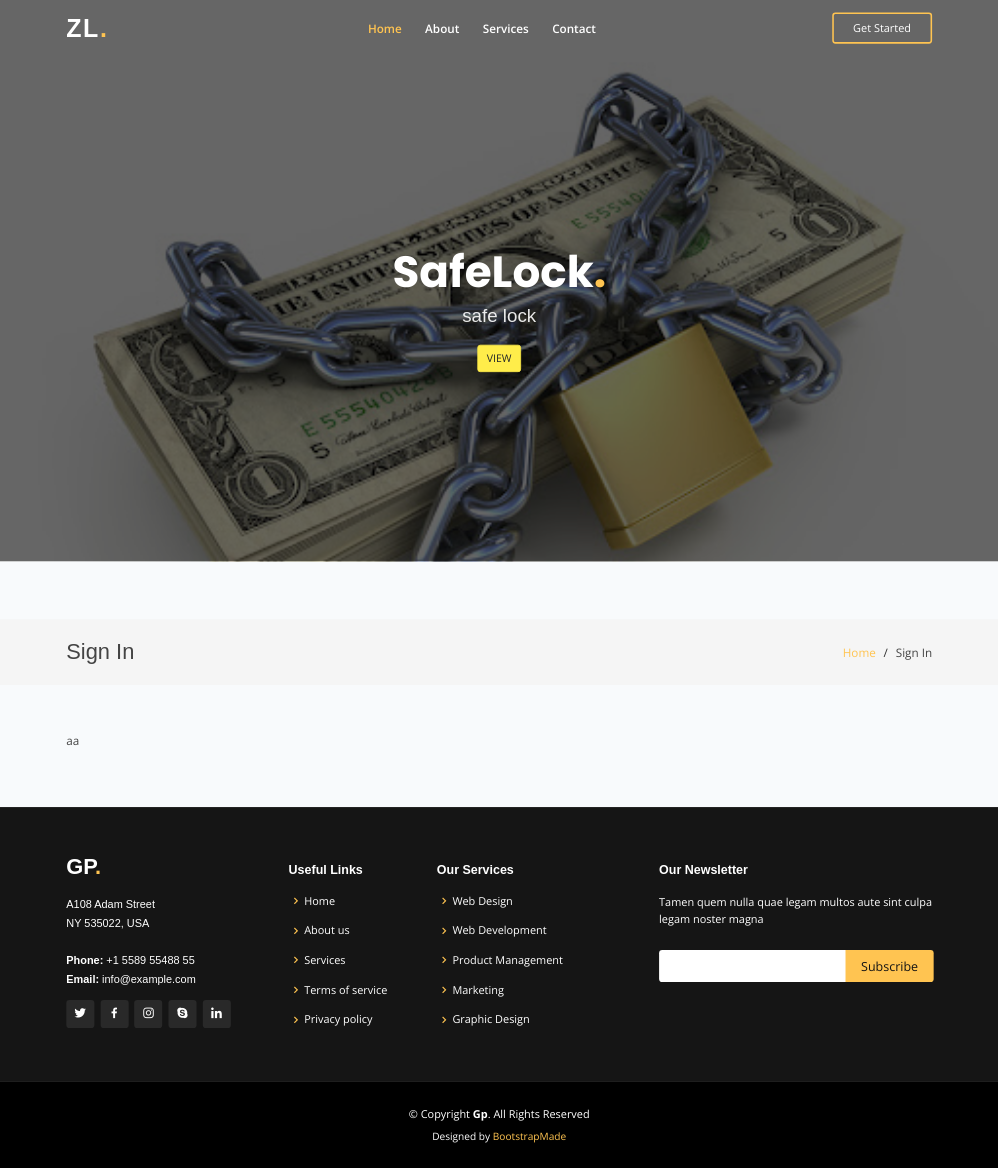
Repository: seyicoded/Zubi-Life-Ventures
Page: http://localhost/safelock
The author's editor kept a copy of each file at every save. The page is drawn from the files as they stood at one save, then again after the next save.
The browser window is 1280 px wide. The pictures show the whole page, at 78% of full size.
Backgrounds fixed to the window are drawn as part of the page. Some web fonts or font styles are not loaded; a fallback is used. The page is served by the project's Laravel application, run on PHP 8.4 with Laravel 8. Other server files are loaded and not shown. The database holds what the project's SQL file puts in it.

Above is the page before, as saved 2021-11-12 23:01:40.

### routes/web.php
<?php

/*
|--------------------------------------------------------------------------
| Web Routes
|--------------------------------------------------------------------------
|
| Here is where you can register web routes for your application. These
| routes are loaded by the RouteServiceProvider within a group which
| contains the "web" middleware group. Now create something great!
|
*/

Route::get('/', 'Guest\Home@home');
Route::get('/sign-in', 'Guest\Home@signin');
Route::post('/sign-in', 'Guest\Home@signin_now');

// user aspect

// Admin aspect
Route::group(['namespace'=>'Admin', 'prefix' => 'admin'], function(){

    Route::get('/login', function () {
        return view('admin.signin');
    });
    Route::post('/login', 'Auth@login_admin');
    Route::post('/logout', 'Auth@logout_now');

    Route::group(['middleware'=>'admin_auth'], function(){
        Route::get('/', function () {
            return view('admin.home');
        });

        // category aspect
        Route::get('/create-category', 'Categories@create_view');
        Route::post('/create-category', 'Categories@create_now');
        Route::get('/view-category', 'Categories@view_all');
        Route::get('/edit-category/{c_id}', 'Categories@edit_view');
        Route::post('/edit-category/{c_id}', 'Categories@edit_now');

        // package aspect
        Route::get('/create-package', 'Packages@create_view');
        Route::post('/create-package', 'Packages@create_now');
        Route::get('/view-packages', 'Packages@view_packages');
        Route::get('/edit-package/{p_id}', 'Packages@edit_view');
        Route::post('/edit-package/{p_id}', 'Packages@edit_now');
        Route::get('/delete-package-other-image/{po_id}', 'Packages@delete_po_now');

        // workers
        Route::get('/create-worker', 'Workers@create_worker');
        Route::post('/create-worker', 'Workers@create_worker_now');
        Route::get('/view-workers', 'Workers@view_workers');
        Route::get('/edit-worker/{a_id}', 'Workers@edit_view');
        Route::post('/edit-worker/{a_id}', 'Workers@edit_now');

        // investors aspect
        Route::get('/create-investor', 'Investors@create_investor');
        Route::post('/create-investor', 'Investors@create_investor_now');
        Route::get('/view-investors', 'Investors@view_investors');
        Route::get('/view-investors-under/{a_id}', 'Investors@view_investors_under');
        Route::get('/edit-investor/{i_id}', 'Investors@edit_investor');
        Route::post('/edit-investor/{i_id}', 'Investors@edit_investor_now');


    });

});

// user aspect
Route::group(['namespace'=>'User'], function(){

    // bottom side for dynamic category route and it content
    Route::get('/{route_name}', 'Logic1@view_categories');
});

### app/Http/Controllers/User/Logic1.php
<?php

namespace App\Http\Controllers\User;

use Illuminate\Http\Request;
use App\Http\Controllers\Controller;
use Illuminate\Support\Facades\DB;

class Logic1 extends Controller
{
    public function view_categories($route_name){
        // echo $route_name;
        // get category information
        $cat_ = DB::select('SELECT * from category where route_name = ?', [$route_name]);
        if(count($cat_) == 0){
            return response('', 404);
        }
        $cat_dt = $cat_[0];
        $packages = DB::select('SELECT * from packages where c_id = ?', [$cat_dt->c_id]);
        return view('user.category')->with('data', ['cat' => $cat_dt, 'packages' => $packages]);
    }
}

### resources/views/user/category.blade.php
@extends('layout.app')

@section('content')
    <style>
        #hero{
            background-image: url("{{url('auto_images/category/'.$data['cat']->main_image)}}") !important;
        }
    </style>
    <!-- ======= Hero Section ======= -->
  <section id="hero" class="d-flex align-items-center justify-content-center">
    <div class="container" data-aos="fade-up">

      <div class="row justify-content-center" data-aos="fade-up" data-aos-delay="150">
        <div class="col-xl-6 col-lg-8">
            <h1>{{$data['cat']->category_name}}<span>.</span></h1>
            <h2>{{$data['cat']->mini_desc}}</h2>

            <br />
            <a name="" id="" class="btn btn-warning" href="#main" role="button">VIEW</a>
        </div>
      </div>

    </div>
  </section><!-- End Hero -->

  <main id="main">

    <!-- ======= Breadcrumbs ======= -->
    <section class="breadcrumbs">
      <div class="container">

        <div class="d-flex justify-content-between align-items-center">
          <h2>Sign In</h2>
          <ol>
            <li><a href="{{url('/')}}">Home</a></li>
            <li>Sign In</li>
          </ol>
        </div>

      </div>
    </section><!-- End Breadcrumbs -->

    <section class="inner-page">
      <div class="container">
        <p>
          aa
        </p>
      </div>
    </section>

  </main><!-- End #main -->
@endsection

### resources/views/layout/app.blade.php
<!DOCTYPE html>
<html lang="en">

<head>
  <meta charset="utf-8">
  <meta content="width=device-width, initial-scale=1.0" name="viewport">

  <title>Gp Bootstrap Template - Index</title>
  <meta content="" name="description">
  <meta content="" name="keywords">

  <!-- Favicons -->
  <link href="{{url('Gassets/img/favicon.png')}}" rel="icon">
  <link href="{{url('Gassets/img/apple-touch-icon.png')}}" rel="apple-touch-icon">

  <!-- Google Fonts -->
  <link href="https://fonts.googleapis.com/css?family=Open+Sans:300,300i,400,400i,600,600i,700,700i|Raleway:300,300i,400,400i,500,500i,600,600i,700,700i|Poppins:300,300i,400,400i,500,500i,600,600i,700,700i" rel="stylesheet">

  <!-- Vendor CSS Files -->
  <link href="{{url('Gassets/vendor/aos/aos.css')}}" rel="stylesheet">
  <link href="{{url('Gassets/vendor/bootstrap/css/bootstrap.min.css')}}" rel="stylesheet">
  <link href="{{url('Gassets/vendor/bootstrap-icons/bootstrap-icons.css')}}" rel="stylesheet">
  <link href="{{url('Gassets/vendor/boxicons/css/boxicons.min.css')}}" rel="stylesheet">
  <link href="{{url('Gassets/vendor/glightbox/css/glightbox.min.css')}}" rel="stylesheet">
  <link href="{{url('Gassets/vendor/remixicon/remixicon.css')}}" rel="stylesheet">
  <link href="{{url('Gassets/vendor/swiper/swiper-bundle.min.css')}}" rel="stylesheet">

  <!-- Template Main CSS File -->
  <link href="{{url('css/app.css')}}" rel="stylesheet">
  <link href="{{url('css/w3.css')}}" rel="stylesheet">
  <link href="{{url('Gassets/css/style.css')}}" rel="stylesheet">

  <!-- =======================================================
  * Template Name: Gp - v4.6.0
  * Template URL: https://bootstrapmade.com/gp-free-multipurpose-html-bootstrap-template/
  * Author: BootstrapMade.com
  * License: https://bootstrapmade.com/license/
  ======================================================== -->
</head>

<body>

    @include('layout.component.nav')

    @yield('content')

  @include('layout.component.footer')

  <div id="preloader"></div>
  <a href="#" class="back-to-top d-flex align-items-center justify-content-center"><i class="bi bi-arrow-up-short"></i></a>

  <!-- Vendor JS Files -->
  <script src="{{('Gassets/vendor/aos/aos.js')}}"></script>
  <script src="{{('Gassets/vendor/bootstrap/js/bootstrap.bundle.min.js')}}"></script>
  <script src="{{('Gassets/vendor/glightbox/js/glightbox.min.js')}}"></script>
  <script src="{{('Gassets/vendor/isotope-layout/isotope.pkgd.min.js')}}"></script>
  <script src="{{('Gassets/vendor/php-email-form/validate.js')}}"></script>
  <script src="{{('Gassets/vendor/purecounter/purecounter.js')}}"></script>
  <script src="{{('Gassets/vendor/swiper/swiper-bundle.min.js')}}"></script>

  <!-- Template Main JS File -->
  <script src="{{('js/app.js')}}"></script>
  <script src="{{('Gassets/js/main.js')}}"></script>

</body>

</html>

### resources/views/layout/component/nav.blade.php
<?php
    $is_signed = isset($_COOKIE[sha1('is_user_signed_in_zubi_venture')]);

?>
<!-- ======= Header ======= -->
<header id="header" class="fixed-top ">
    <div class="container d-flex align-items-center justify-content-lg-between">

      <h1 class="logo me-auto me-lg-0"><a href="{{url('/')}}">ZL<span>.</span></a></h1>
      <!-- Uncomment below if you prefer to use an image logo -->
      <!-- <a href="index.html" class="logo me-auto me-lg-0"><img src="Gassets/img/logo.png" alt="" class="img-fluid"></a>-->

      <nav id="navbar" class="navbar order-last order-lg-0">
          {{-- for un-signed users --}}
          @if (!$is_signed)
            <ul>
                <li><a class="nav-link scrollto active" href="#hero">Home</a></li>
                <li><a class="nav-link scrollto" href="#about">About</a></li>
                <li><a class="nav-link scrollto" href="#services">Services</a></li>
                <li><a class="nav-link scrollto" href="#contact">Contact</a></li>
            </ul>
          @endif

          {{-- for un-signed users --}}
          @if ($is_signed)
            <ul>
                <li><a class="nav-link scrollto active" href="#hero">Home</a></li>
                <li><a class="nav-link scrollto" href="#about">About</a></li>
                <li><a class="nav-link scrollto" href="#services">Services</a></li>
                <li><a class="nav-link scrollto" href="#contact">Contact</a></li>
                {{-- <li><a class="nav-link scrollto " href="#portfolio">Portfolio</a></li> --}}
                {{-- <li><a class="nav-link scrollto" href="#team">Team</a></li> --}}
                <li class="dropdown"><a href="#"><span>{{base64_decode($_COOKIE[(sha1('user_name_in_zubi_venture'))])}} ({{base64_decode($_COOKIE[(sha1('user_code_in_zubi_venture'))])}}) </span> <i class="bi bi-chevron-down"></i></a>
                <ul>
                    <li><a href="#">My Investments</a></li>
                    {{-- <li class="dropdown"><a href="#"><span>Deep Drop Down</span> <i class="bi bi-chevron-right"></i></a>
                    <ul>
                        <li><a href="#">Deep Drop Down 1</a></li>
                        <li><a href="#">Deep Drop Down 2</a></li>
                        <li><a href="#">Deep Drop Down 3</a></li>
                        <li><a href="#">Deep Drop Down 4</a></li>
                        <li><a href="#">Deep Drop Down 5</a></li>
                    </ul>
                    </li> --}}
                    <li><a href="#">Card Management</a></li>
                    <li><a href="#">Withdrawals</a></li>
                    <li><a href="#">Logout</a></li>
                </ul>
                </li>
            </ul>
          @endif

        <i class="bi bi-list mobile-nav-toggle"></i>
      </nav><!-- .navbar -->

      @if (!$is_signed)
      <a href="{{url('sign-in')}}" class="get-started-btn scrollto">Get Started</a>
      @endif


    </div>
  </header><!-- End Header -->

### resources/views/layout/component/footer.blade.php
<!-- ======= Footer ======= -->
<footer id="footer">
    <div class="footer-top">
      <div class="container">
        <div class="row">

          <div class="col-lg-3 col-md-6">
            <div class="footer-info">
              <h3>Gp<span>.</span></h3>
              <p>
                A108 Adam Street <br>
                NY 535022, USA<br><br>
                <strong>Phone:</strong> +1 5589 55488 55<br>
                <strong>Email:</strong> info@example.com<br>
              </p>
              <div class="social-links mt-3">
                <a href="#" class="twitter"><i class="bx bxl-twitter"></i></a>
                <a href="#" class="facebook"><i class="bx bxl-facebook"></i></a>
                <a href="#" class="instagram"><i class="bx bxl-instagram"></i></a>
                <a href="#" class="google-plus"><i class="bx bxl-skype"></i></a>
                <a href="#" class="linkedin"><i class="bx bxl-linkedin"></i></a>
              </div>
            </div>
          </div>

          <div class="col-lg-2 col-md-6 footer-links">
            <h4>Useful Links</h4>
            <ul>
              <li><i class="bx bx-chevron-right"></i> <a href="#">Home</a></li>
              <li><i class="bx bx-chevron-right"></i> <a href="#">About us</a></li>
              <li><i class="bx bx-chevron-right"></i> <a href="#">Services</a></li>
              <li><i class="bx bx-chevron-right"></i> <a href="#">Terms of service</a></li>
              <li><i class="bx bx-chevron-right"></i> <a href="#">Privacy policy</a></li>
            </ul>
          </div>

          <div class="col-lg-3 col-md-6 footer-links">
            <h4>Our Services</h4>
            <ul>
              <li><i class="bx bx-chevron-right"></i> <a href="#">Web Design</a></li>
              <li><i class="bx bx-chevron-right"></i> <a href="#">Web Development</a></li>
              <li><i class="bx bx-chevron-right"></i> <a href="#">Product Management</a></li>
              <li><i class="bx bx-chevron-right"></i> <a href="#">Marketing</a></li>
              <li><i class="bx bx-chevron-right"></i> <a href="#">Graphic Design</a></li>
            </ul>
          </div>

          <div class="col-lg-4 col-md-6 footer-newsletter">
            <h4>Our Newsletter</h4>
            <p>Tamen quem nulla quae legam multos aute sint culpa legam noster magna</p>
            <form action="" method="post">
              <input type="email" name="email"><input type="submit" value="Subscribe">
            </form>

          </div>

        </div>
      </div>
    </div>

    <div class="container">
      <div class="copyright">
        &copy; Copyright <strong><span>Gp</span></strong>. All Rights Reserved
      </div>
      <div class="credits">
        <!-- All the links in the footer should remain intact. -->
        <!-- You can delete the links only if you purchased the pro version. -->
        <!-- Licensing information: https://bootstrapmade.com/license/ -->
        <!-- Purchase the pro version with working PHP/AJAX contact form: https://bootstrapmade.com/gp-free-multipurpose-html-bootstrap-template/ -->
        Designed by <a href="https://bootstrapmade.com/">BootstrapMade</a>
      </div>
    </div>
  </footer><!-- End Footer -->

### database/zubi_venture 12:11:2021 lastest.sql (the tables this page reads)
CREATE TABLE `packages` (
  `p_id` int(11) NOT NULL,
  `c_id` int(11) NOT NULL,
  `p_name` text NOT NULL,
  `p_route_name` text NOT NULL,
  `p_desc` longblob NOT NULL,
  `p_image` text NOT NULL,
  `duration` int(11) NOT NULL COMMENT 'in days',
  `amount_type` int(11) NOT NULL DEFAULT 1,
  `amount_one` int(11) NOT NULL,
  `amount_two` int(11) NOT NULL,
  `currency` varchar(7600) NOT NULL DEFAULT 'NGN',
  `status` int(1) NOT NULL DEFAULT 1,
  `date_updated` timestamp NOT NULL DEFAULT current_timestamp() ON UPDATE current_timestamp(),
  `date_created` timestamp NOT NULL DEFAULT current_timestamp()
) ENGINE=InnoDB DEFAULT CHARSET=utf8mb4;

INSERT INTO `packages` (`p_id`, `c_id`, `p_name`, `p_route_name`, `p_desc`, `p_image`, `duration`, `amount_type`, `amount_one`, `amount_two`, `currency`, `status`, `date_updated`, `date_created`) VALUES
(16, 4, 'Beverages', 'beverages', 0x42657665726167657320697320617765736f6d652069206775657373, '1635581754.jpeg', 90, 1, 200, 0, 'NGN', 1, '2021-10-30 09:27:50', '2021-10-30 08:15:54');

ALTER TABLE `packages`
  ADD PRIMARY KEY (`p_id`);

ALTER TABLE `packages`
  MODIFY `p_id` int(11) NOT NULL AUTO_INCREMENT, AUTO_INCREMENT=17;

### database/zubi_venture.sql (the tables this page reads)
CREATE TABLE `category` (
  `c_id` int(11) NOT NULL,
  `route_name` varchar(760) NOT NULL,
  `category_name` text NOT NULL,
  `icon_name` text,
  `mini_desc` text NOT NULL,
  `main_image` text NOT NULL,
  `status` int(11) NOT NULL DEFAULT '1',
  `date` timestamp NOT NULL DEFAULT CURRENT_TIMESTAMP ON UPDATE CURRENT_TIMESTAMP
) ENGINE=InnoDB DEFAULT CHARSET=latin1;

INSERT INTO `category` (`c_id`, `route_name`, `category_name`, `icon_name`, `mini_desc`, `main_image`, `status`, `date`) VALUES
(1, 'furnitures', 'Furnitures', 'ri-bookmark-3-line', 'furnitures descriptions', '1634779586.jpeg', 1, '2021-10-21 23:01:23'),
(2, 'land-and-housing', 'Land & Housing', 'ri-home-smile-fill', 'land and housing', '1634857508.png', 1, '2021-10-21 23:05:23'),
(3, 'electronics', 'Electronics', 'ri-macbook-fill', 'electronics', '1634857634.png', 1, '2021-10-21 23:07:14'),
(4, 'food-stock', 'Food Stock', 'ri-capsule-fill', 'food stuff', '1634858506.png', 1, '2021-10-21 23:21:46'),
(5, 'safelock', 'SafeLock', 'ri-rotate-lock-fill', 'safe lock', '1634858685.png', 1, '2021-10-21 23:24:45');

ALTER TABLE `category`
  ADD PRIMARY KEY (`c_id`),
  ADD UNIQUE KEY `route_name` (`route_name`);

ALTER TABLE `category`
  MODIFY `c_id` int(11) NOT NULL AUTO_INCREMENT, AUTO_INCREMENT=6;

Loaded but not shown: app/Http/Controllers/Controller.php (common file); public/css/app.css (library); public/css/w3.css (library); public/js/app.js (library); public/Gassets/js/main.js (287 lines, source omitted); public/Gassets/css/style.css (1347 lines, source omitted)

After the next save:
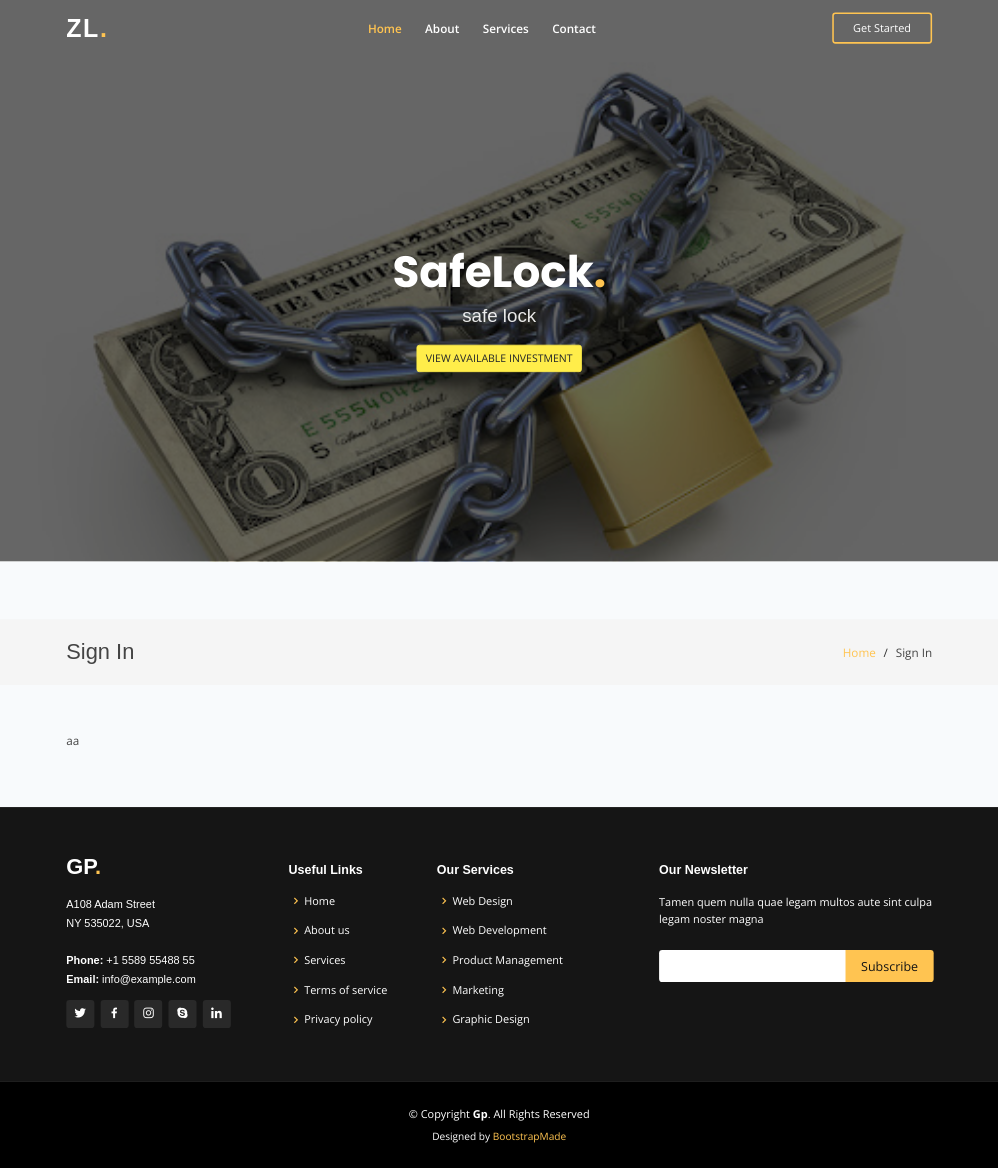
Saved 47 s later.
--- a/resources/views/user/category.blade.php
+++ b/resources/views/user/category.blade.php
@@ -16,7 +16,7 @@
             <h2>{{$data['cat']->mini_desc}}</h2>
 
             <br />
-            <a name="" id="" class="btn btn-warning" href="#main" role="button">VIEW</a>
+            <a name="" id="" class="btn btn-warning" href="#main" role="button">VIEW AVAILABLE INVESTMENT</a>
         </div>
       </div>
 
